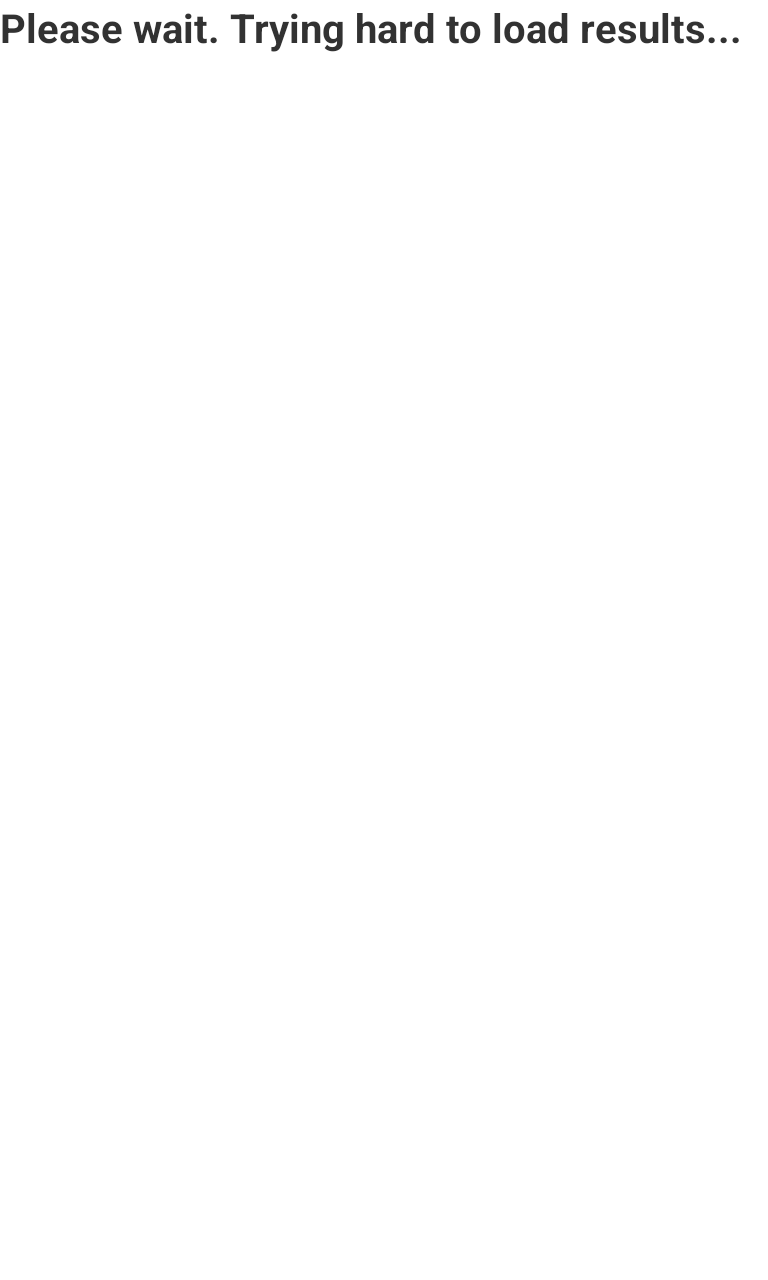
Repository: ironlulu/FloraSG
Layout: floraSG/res/layout/search_loading_row.xml
The author's editor kept a copy of each file at every save. The layout is drawn from the files as they stood at one save, then again after the next save.
It is drawn on a 768 x 1280 px phone screen (xhdpi) without system bars, with theme AppTheme; the app's code is not run.

Above is the layout before, as saved 2014-04-14 03:40:12.

### floraSG/res/layout/search_loading_row.xml
<?xml version="1.0" encoding="utf-8"?>
<TableRow xmlns:android="http://schemas.android.com/apk/res/android"
    android:layout_width="match_parent"
    android:layout_height="fill_parent" >

    <TextView
        android:id="@+id/searchLoadingTextView"
        android:layout_width="match_parent"
        android:layout_height="fill_parent"
        android:textSize="20sp"
        android:textStyle="bold"
        android:text = "@string/text_loading_message"/>

</TableRow>

### floraSG/res/values/strings.xml
<?xml version="1.0" encoding="utf-8"?>
<resources>

    <string name="app_name">floraSG</string>
    <string name="action_faq">FAQ</string>
    <string name="action_aboutus">About Us</string>
    <string name="action_updates">Updates</string>
    <string name="action_settings">Settings</string>
    <string name="hello_world">Hello world!</string>
    <string name="title_activity_search">Search</string>
    <string name="title_activity_browse">Browse</string>
    <string name="title_activity_news">News</string>
    <string name="title_activity_camera">Camera</string>
    <string name="title_activity_profile">Profile</string>
    <string name="browse_content">Browse content</string>
    <string name="search_content">Search content</string>
    <string name="news_content">News conent</string>
    <string name="profile_content">Profile content</string>
    <string name="camera_content">Camera content</string>
    <string name="search_category_habit">Habit</string>
    <string name="search_category_leaf">Leaf</string>
    <string name="search_category_flower">Flower</string>
    <string name="search_category_fruit">Fruit</string>
    <string name="search_category_other">Other</string>
    <string name="search_subcategory_habit">Habit</string>
    <string name="habit_habit_aquatic">aquatic</string>
    <string name="habit_habit_climber">climber</string>
    <string name="habit_habit_epiphyte">epiphyte</string>
    <string name="habit_habit_herb">herb</string>
    <string name="habit_habit_shrub">shrub</string>
    <string name="habit_habit_tree">tree</string>
    <string name="button_clear">Clear</string>
    <string name="button_result">Result</string>
    <string name="text_loading_message">Please wait. Trying hard to load results...</string>
    <string name="title_activity_select_char">SelectCharActivity</string>
    <string name="title_activity_bookmark">BookmarkActivity</string>
    <string name="title_activity_photo">PhotoActivity</string>
    <string name="title_activity_map">MapActivity</string>
    <string name="title_activity_search_result">Search Result</string>
    <string name="title_activity_loading_screen">Loading Result</string>
    <string name="title_activity_faq">FAQ</string>
    <string name="title_activity_about_us">About Us</string>
    <string name="title_activity_updates">Updates</string>
    <string name="title_activity_plant_info">PlantInfo</string>
    <string name="action_delete">Delete</string>

</resources>

Loaded but not shown: floraSG/res/values/styles.xml (common file); floraSG/res/values-v11/styles.xml (common file); floraSG/res/values-v14/styles.xml (common file)

After the next save:
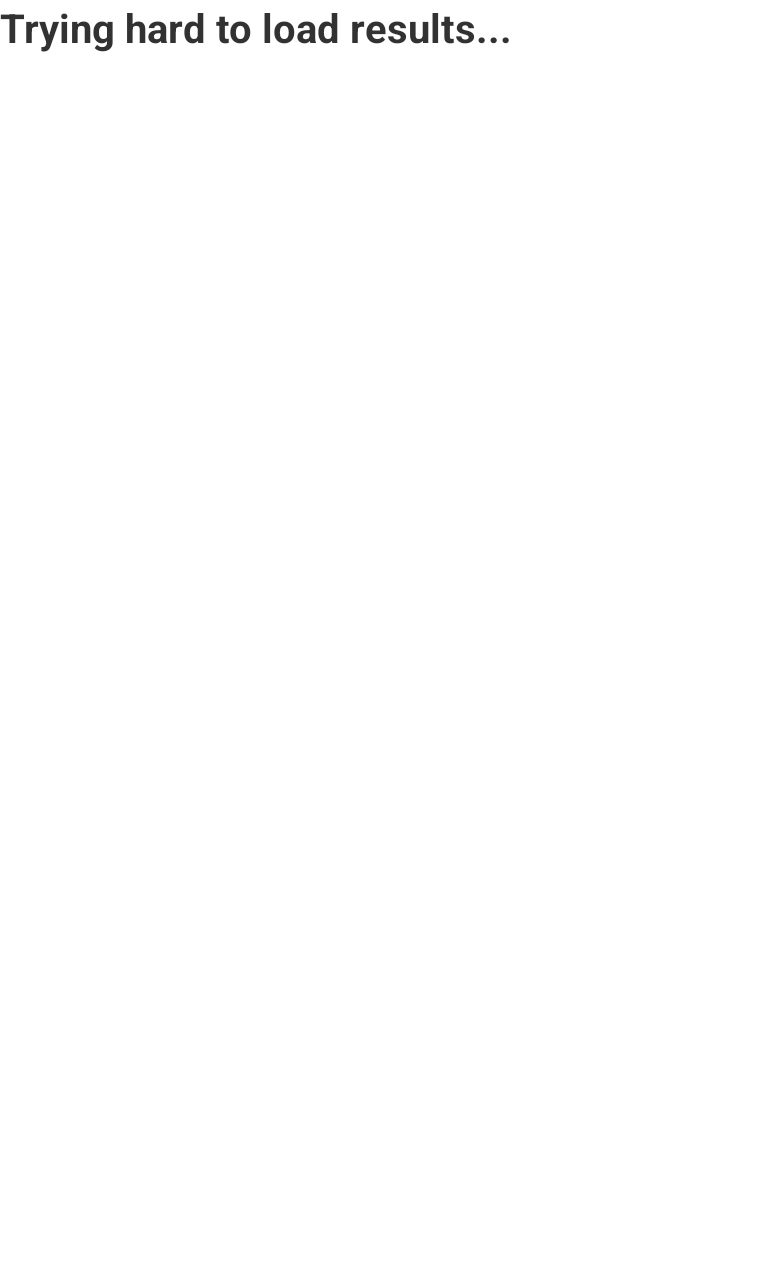
Saved 2 min 25 s later.
--- a/floraSG/res/values/strings.xml
+++ b/floraSG/res/values/strings.xml
@@ -31,7 +31,7 @@
     <string name="habit_habit_tree">tree</string>
     <string name="button_clear">Clear</string>
     <string name="button_result">Result</string>
-    <string name="text_loading_message">Please wait. Trying hard to load results...</string>
+    <string name="text_loading_message">Trying hard to load results...</string>
     <string name="title_activity_select_char">SelectCharActivity</string>
     <string name="title_activity_bookmark">BookmarkActivity</string>
     <string name="title_activity_photo">PhotoActivity</string>
